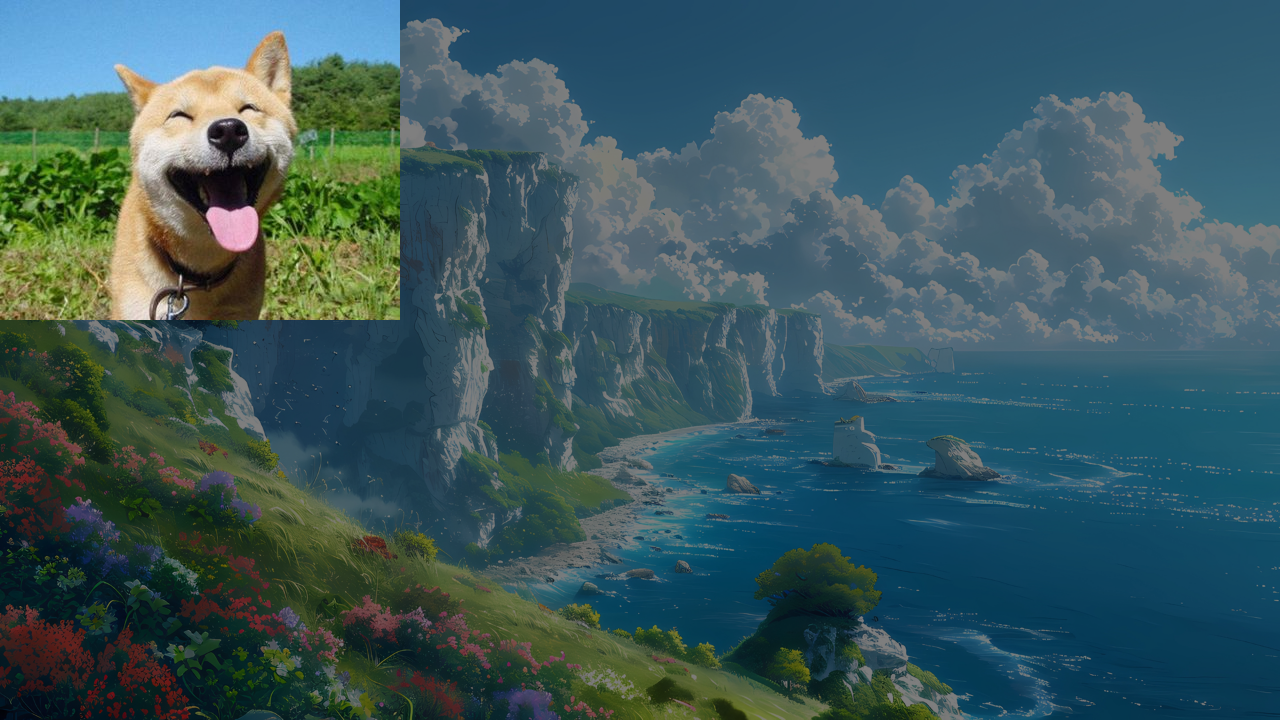
Repository: taoxiaofeng/hello-javascript
Page: master-class/position.html
The author's editor kept a copy of each file at every save. The page is drawn from the files as they stood at one save, then again after the next save.
The browser window is 1280 px wide. The pictures show the window.
A layer covers the whole window, so only the first screen is drawn.

Above is the page before, as saved 2024-07-29 21:22:44.

### master-class/position.html
<!DOCTYPE html>
<html lang="en">

<head>
  <meta charset="UTF-8">
  <meta name="viewport" content="width=device-width, initial-scale=1.0">
  <title>css定位</title>
  <style>
    * {
      margin: 0;
      padding: 0;
      box-sizing: border-box;
    }

    .bg {
      width: 100%;
    }

    .modal {
      width: 100%;
      height: 100%;
      position: fixed;
      top: 0;
      right: 0;
      bottom: 0;
      left: 0;
      background: rgba(0, 0, 0, 0.5);
    }


  </style>
</head>

<body>

  <img class="bg" src="./images/bg.jpg" alt="">
  <div class="modal">
    <img class="dog" src="./images/dog.jpg" alt="">
  </div>
</body>

</html>

After the next save:
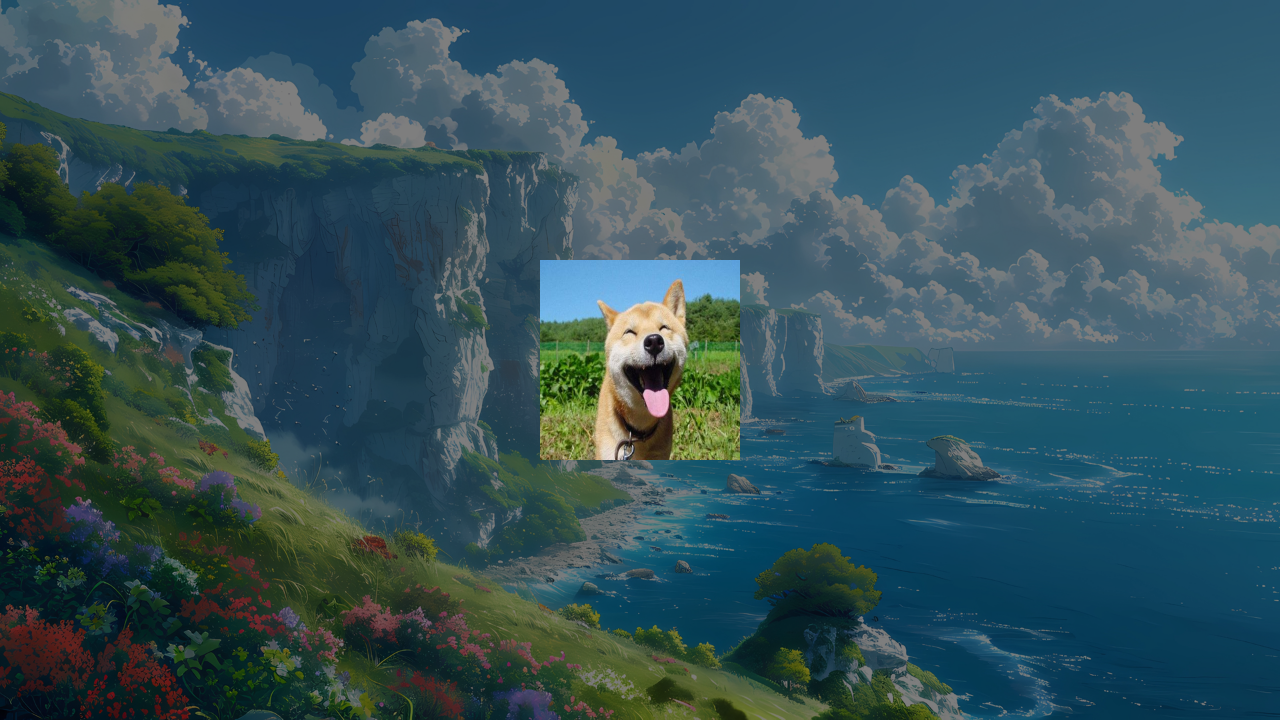
Saved 33 s later.
--- a/master-class/position.html
+++ b/master-class/position.html
@@ -27,6 +27,15 @@
       background: rgba(0, 0, 0, 0.5);
     }
 
+    .dog {
+      width: 200px;
+      height: 200px;
+      position: absolute;
+      left: 50%;
+      top: 50%;
+      transform: translate(-50%, -50%);
+    }
+
 
   </style>
 </head>
